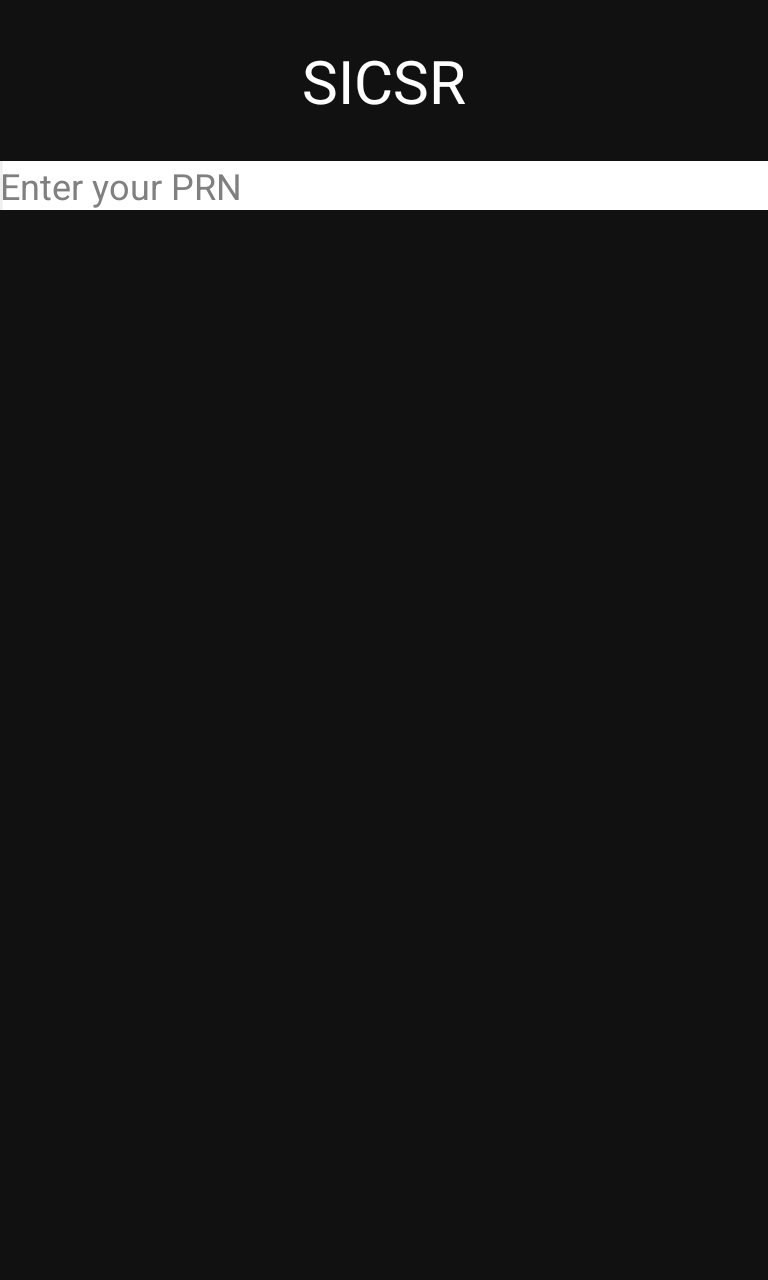
Repository: 12030121030/eventhandling
Layout: layout/res/layout/sicsr.xml
These files come from the project's save history. The layout is drawn as it stood at one moment and after a run of saves; the edit follows.
It is drawn on a 768 x 1280 px phone screen (xhdpi) without system bars, with theme AppTheme; the app's code is not run.

Above is the layout before, as saved 2014-12-08 03:09:36.

After the next 2 saves:
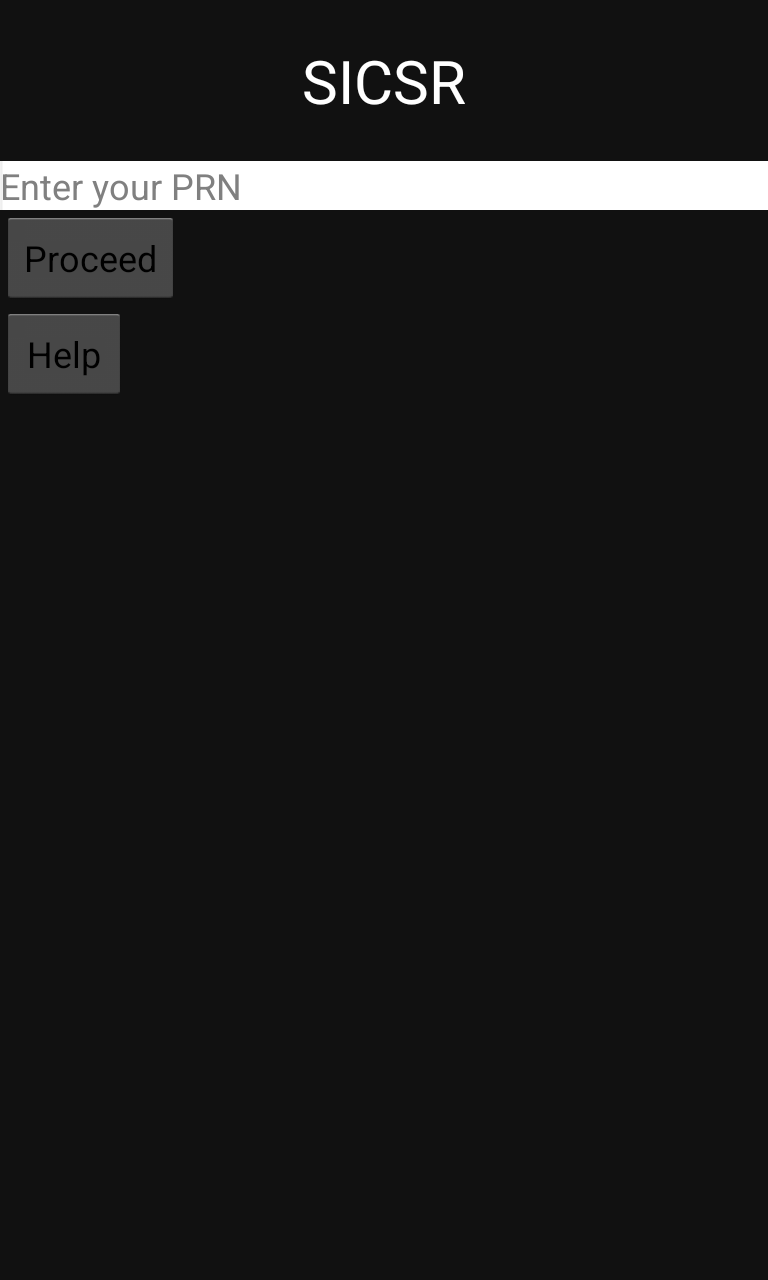
The 2 saves are shown as one change because 1 did not build or start.
The last was saved 78 s later.
--- a/layout/res/layout/sicsr.xml
+++ b/layout/res/layout/sicsr.xml
@@ -32,4 +32,16 @@
         <requestFocus />
     </EditText>
 
+    <Button
+        android:id="@+id/button1"
+        android:layout_width="wrap_content"
+        android:layout_height="wrap_content"
+        android:text="Proceed" />
+
+    <Button
+        android:id="@+id/button2"
+        android:layout_width="wrap_content"
+        android:layout_height="wrap_content"
+        android:text="Help" />
+
 </LinearLayout>
